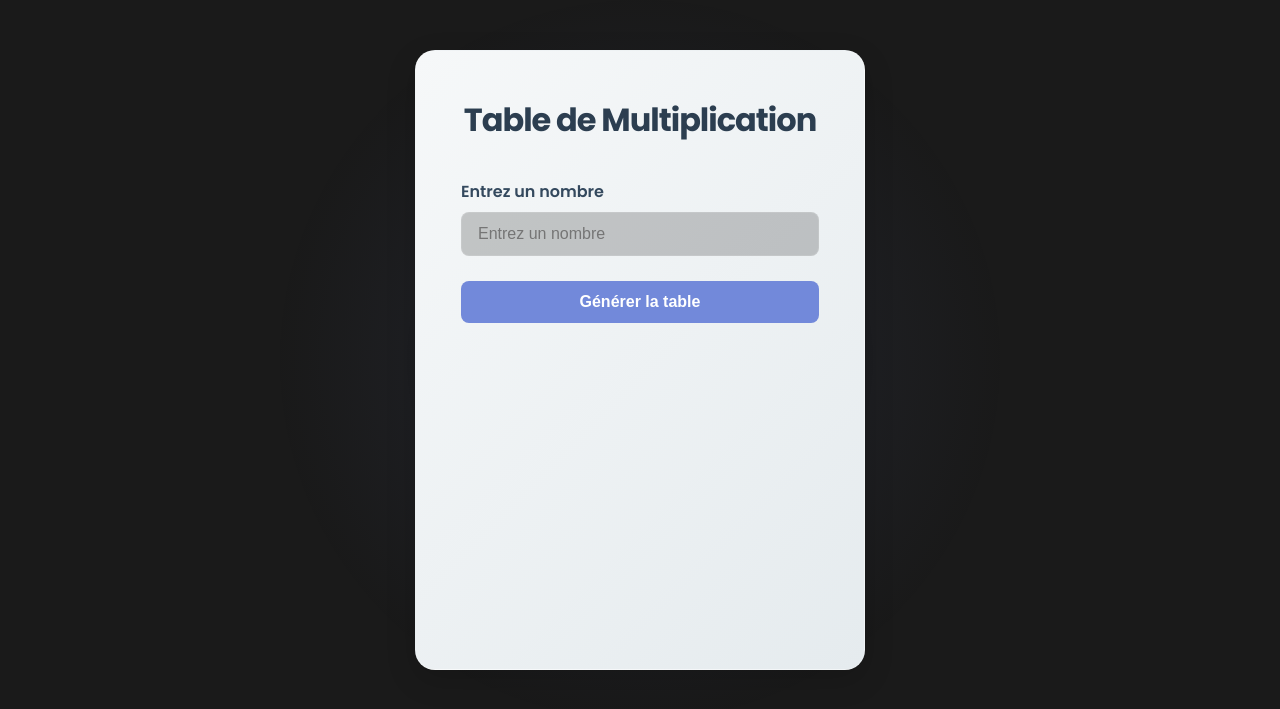
Repository: mbathio/jee
Page: http://localhost/test1/multiplication.jsp
These files come from the project's save history. The page is drawn as it stood at one moment and after the next save; the edit follows.
The browser window is 1280 px wide. The pictures show the whole page.
The page is served by Tomcat 10. Nobody is signed in. The application's start-up code is not run.

Above is the page before, as saved 2025-05-05 01:57:50.

After the next save:
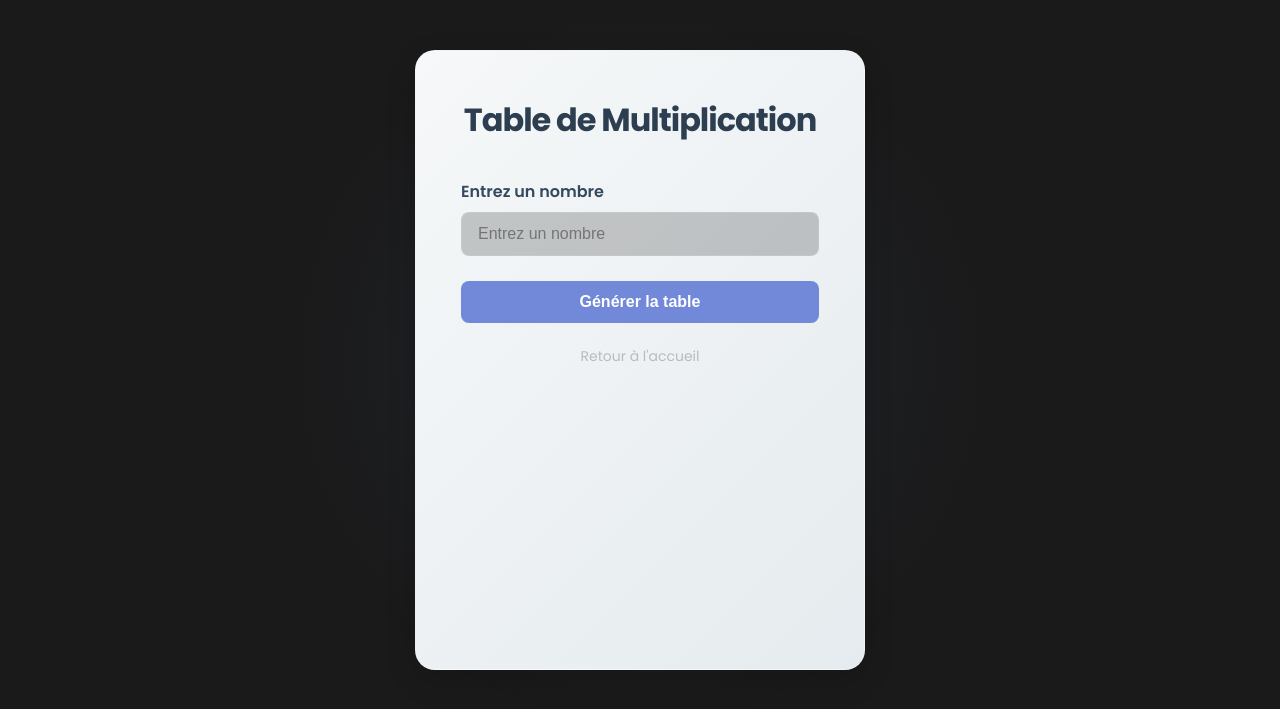
Saved 16 s later.
--- a/test1/src/main/webapp/multiplication.jsp
+++ b/test1/src/main/webapp/multiplication.jsp
@@ -6,20 +6,24 @@
     <meta name="viewport" content="width=device-width, initial-scale=1.0">
     <title>Table de Multiplication</title>
     <link href="https://fonts.googleapis.com/css2?family=Poppins:wght@300;400;600;700&display=swap" rel="stylesheet">
-    <link rel="stylesheet" href="css/style.css">
+    <link rel="stylesheet" href="<%=request.getContextPath()%>/css/style.css">
 </head>
 <body>
     <div class="login-container">
         <div class="login-title">
             <h1>Table de Multiplication</h1>
         </div>
-        <form class="login-form" action="table" method="get">
+        <form class="login-form" action="<%=request.getContextPath()%>/table" method="get">
             <div class="form-group">
                 <label for="nombre">Entrez un nombre</label>
                 <input type="number" id="nombre" name="nombre" placeholder="Entrez un nombre" required min="1" max="100">
             </div>
             <button type="submit" class="login-btn">Générer la table</button>
         </form>
+
+        <div class="additional-links">
+            <a href="<%=request.getContextPath()%>/index.jsp">Retour à l'accueil</a>
+        </div>
     </div>
 </body>
 </html>
